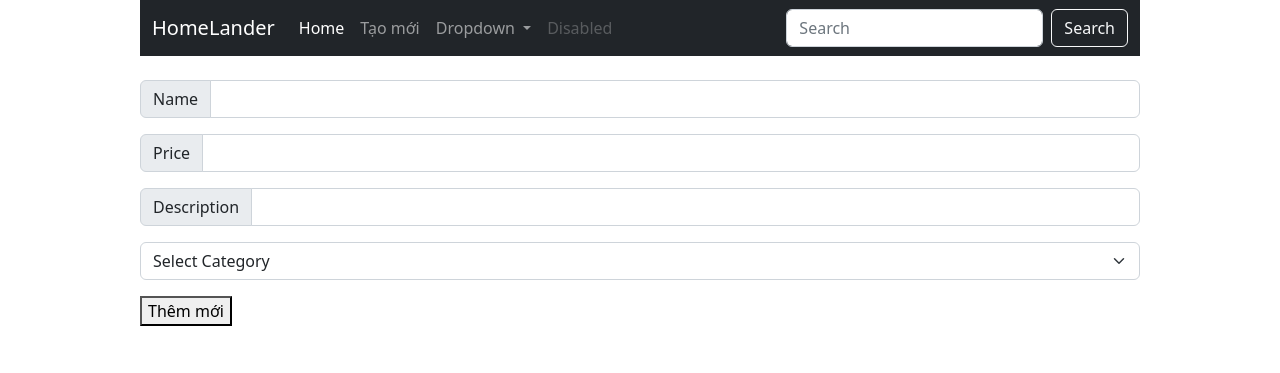
Repository: nguyenhung50497/MD3_CRUD-2Table
Page: src/views/create.html
These files come from the project's save history. The page is drawn as it stood at one moment and after the next save; the edit follows.
The browser window is 1280 px wide. The pictures show the whole page.

Above is the page before, as saved 2022-12-28 15:37:14.

After the next save:
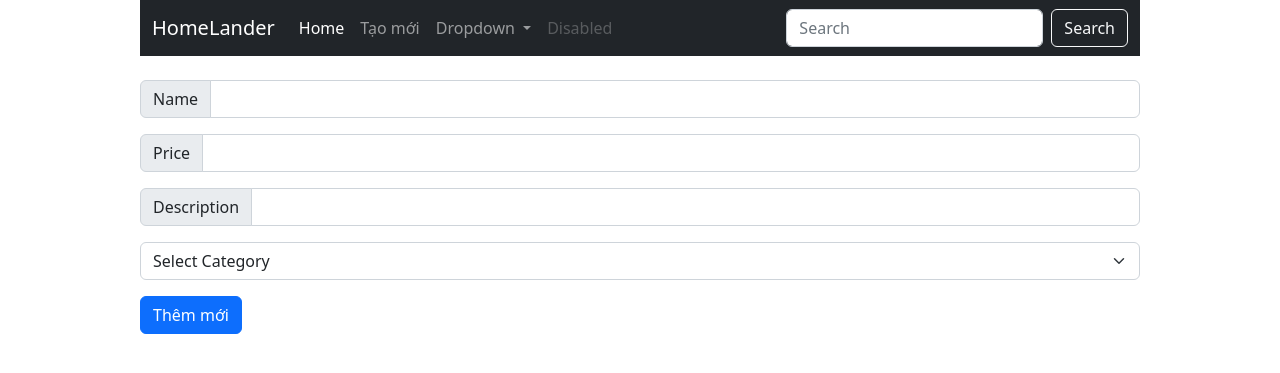
Saved 6 s later.
--- a/src/views/create.html
+++ b/src/views/create.html
@@ -65,7 +65,7 @@
             <option value="2">2</option>
           </select>
         </div>
-        <button type="submit" class="">Thêm mới</button>
+        <button type="submit" class="btn btn-primary">Thêm mới</button>
     </form>
     </div>
     <script src="https://cdn.jsdelivr.net/npm/bootstrap@5.2.3/dist/js/bootstrap.bundle.min.js" integrity="sha384-kenU1KFdBIe4zVF0s0G1M5b4hcpxyD9F7jL+jjXkk+Q2h455rYXK/7HAuoJl+0I4" crossorigin="anonymous"></script>
